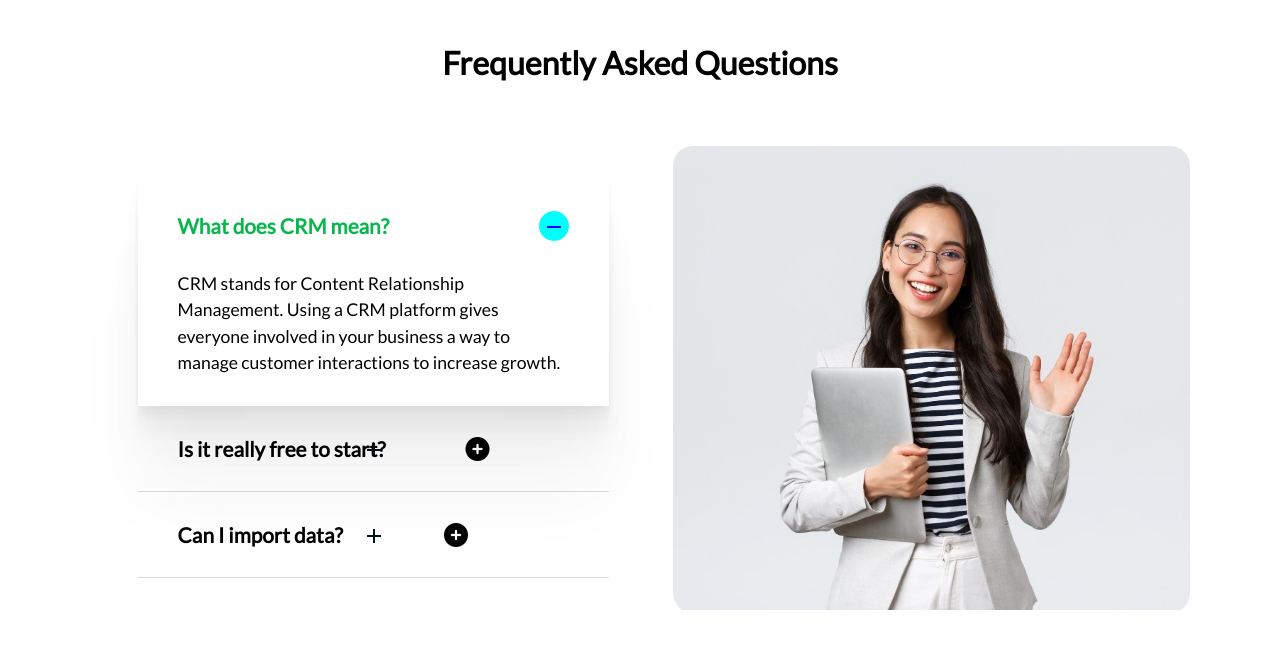
Repository: emiliaiwu/faq_component
Page: index.html
The author's editor kept a copy of each file at every save. The page is drawn from the files as they stood at one save, then again after the next save.
The browser window is 1280 px wide. The pictures show the whole page.
Some icons come from a web library that is not loaded, so they are not drawn. Some web libraries are served in a nearby version.

Above is the page before, as saved 2022-12-13 20:32:04.

After the next save:
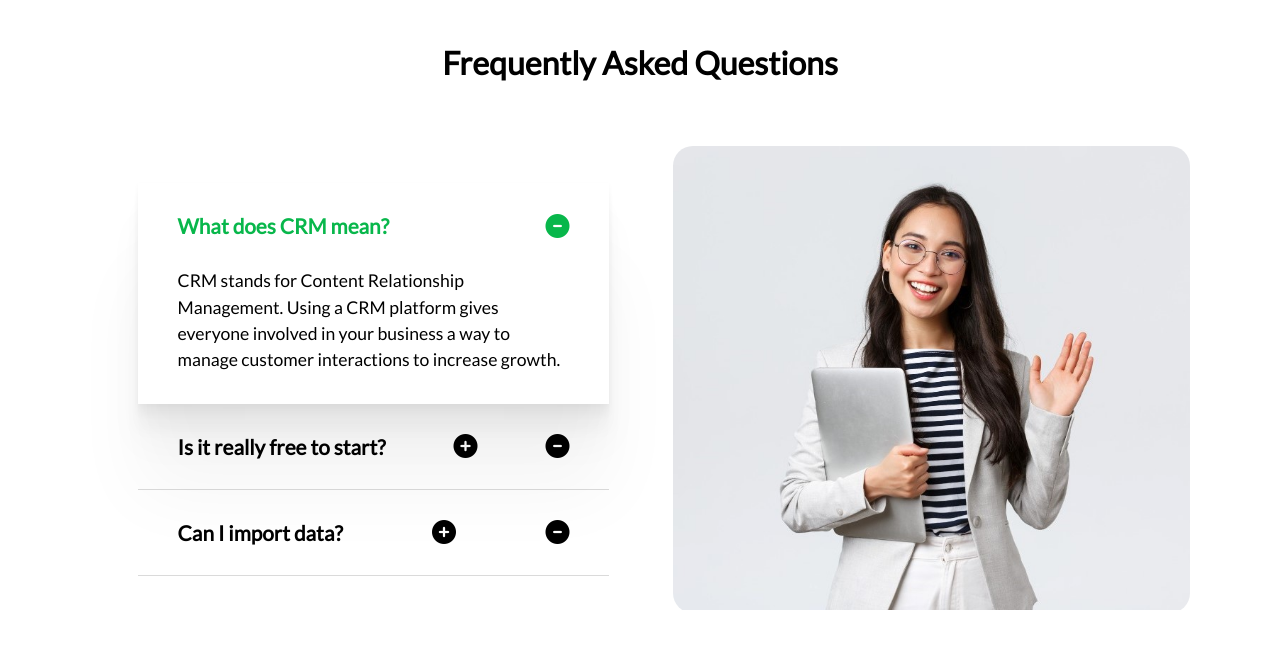
Saved 56 s later.
--- a/style.css
+++ b/style.css
@@ -131,7 +131,7 @@ img {
     display: inline;
 }
 
-.toggle {
+/* .toggle {
     position: relative;
     width: 30px;
     height: 30px;
@@ -177,7 +177,7 @@ img {
     transition: transform .45s cubic-bezier(.3,.4,.2,1),
         background-color .15s ease;
 }
-
+ */
 
 
 
